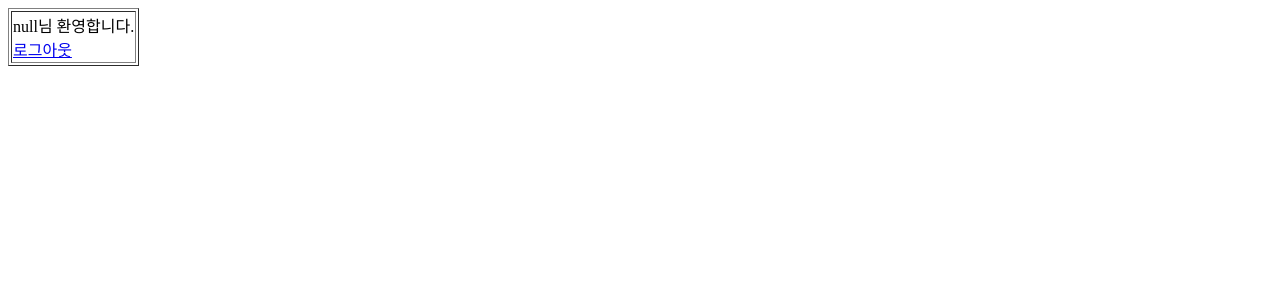
Repository: choiungsik/WEBStudy
Page: http://localhost/JDBC_copy/loginSuccess.jsp
These files come from the project's save history. The page is drawn as it stood at one moment and after the next save; the edit follows.
The browser window is 1280 px wide. The pictures show the whole page.
The page is served by Tomcat 9. Other server files are loaded and not shown.

Above is the page before, as saved 2020-07-17 02:24:03.

### JDBC_copy/WebContent/loginSuccess.jsp
<%@ page language="java" contentType="text/html; charset=EUC-KR"
    pageEncoding="EUC-KR"%>
<!DOCTYPE html>
<html>
<head>
<meta charset="EUC-KR">
<title>Insert title here</title>
</head>
<body>
	<% String name = request.getParameter("name");
			System.out.println(name);%>
		<table border="1">
			<td>
			<a><%= name%>님 환영합니다.</a><br>
			<a href="main.jsp">로그아웃</a>
			</td>
		</table>
</body>
</html>

After the next save:
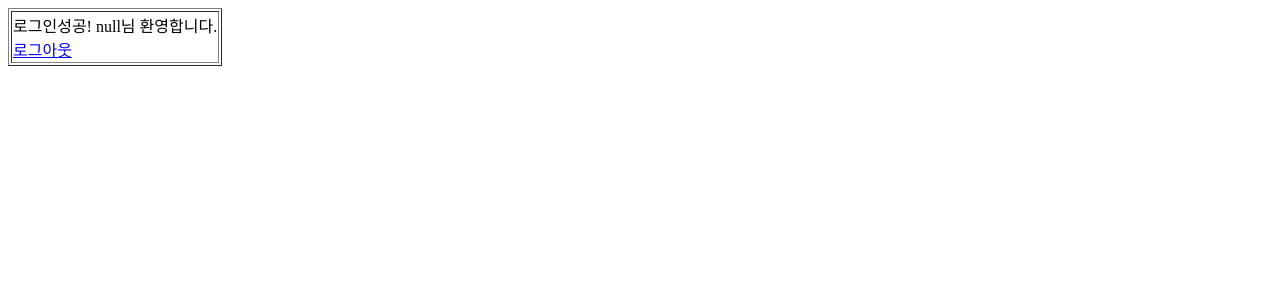
Saved 11 min 50 s later.
--- a/JDBC_copy/WebContent/loginSuccess.jsp
+++ b/JDBC_copy/WebContent/loginSuccess.jsp
@@ -11,6 +11,7 @@
 			System.out.println(name);%>
 		<table border="1">
 			<td>
+			로그인성공!
 			<a><%= name%>님 환영합니다.</a><br>
 			<a href="main.jsp">로그아웃</a>
 			</td>
